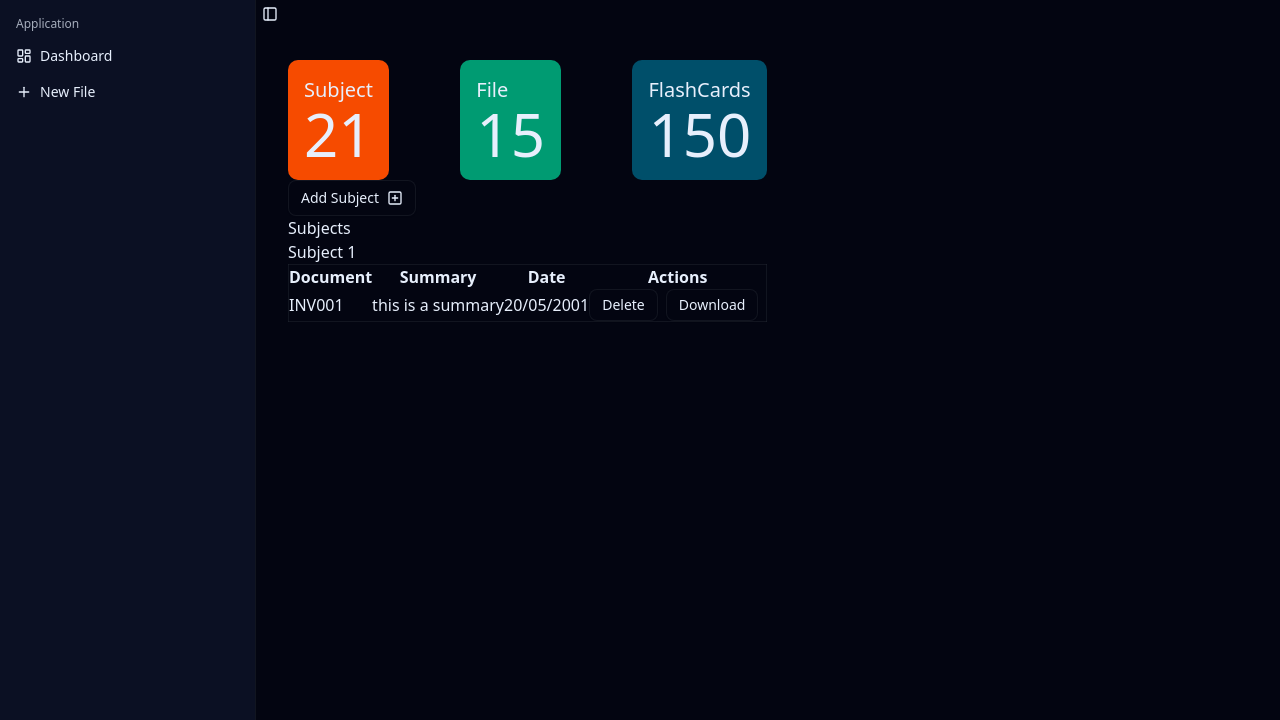
Repository: SywarDer/Student-Assistance
Page: /dashboard (app in student-assistant/)
These files come from the project's save history. The page is drawn as it stood at one moment and after a run of saves; the edit follows.
The browser window is 1280 px wide. The pictures show the whole page.
The project was rebuilt for these pictures with package versions that can differ from the ones it lists, and the page was loaded fresh each time. The framework's server and built-in components were replaced by stand-ins that run in the browser. Also part of the build but not shown: student-assistant/next.config.ts, student-assistant/components/ui/input.tsx, student-assistant/components/ui/separator.tsx, student-assistant/components/ui/skeleton.tsx. Imported but missing from the stored project, and not drawn on this page: student-assistant/components/ui/sheet.

Above is the page before, as saved 2025-10-30 20:33:25.

### student-assistant/app/layout.tsx
import type { Metadata } from "next";
import { Geist, Geist_Mono } from "next/font/google";
import "./globals.css";
import { SidebarProvider, SidebarTrigger } from "@/components/ui/sidebar";
import { AppSidebar } from "./home/components/navBar";

const geistSans = Geist({
  variable: "--font-geist-sans",
  subsets: ["latin"],
});

const geistMono = Geist_Mono({
  variable: "--font-geist-mono",
  subsets: ["latin"],
});

export const metadata: Metadata = {
  title: "Create Next App",
  description: "Generated by create next app",
};

export default function RootLayout({
children,
}: Readonly<{
  children: React.ReactNode;
}>) {
  return (
    <html lang="en">
      <body
        className={`${geistSans.variable} ${geistMono.variable} antialiased`}
      >
        <SidebarProvider>
      <AppSidebar />
      <main>
        <SidebarTrigger />
        {children}
         </main>
    </SidebarProvider>
      </body>
    </html>
  );
}

### student-assistant/app/dashboard/page.tsx
import { Button } from "@/components/ui/button";
import { Input } from "@/components/ui/input";
import { TableCaption, TableHeader, TableRow, TableHead, TableBody, TableCell, TableFooter } from "@/components/ui/table";
import { Popover, PopoverTrigger, PopoverContent } from "@radix-ui/react-popover";
import { PlusSquare, Table } from "lucide-react";
import { Label } from "recharts";

export default function Dashboard() {
    const documents = [
        {
            id:"1",
            title: "INV001",
            date: "20/05/2001",
            summary: "this is a summary",
            actions: <div>
                <Button variant="outline" size="sm" className="mr-2">Delete</Button>
                <Button variant="outline" size="sm" className="mr-2">Download</Button>
            </div>,
        }
    ]
    return (

        <div className="m-8">
            {/*Dashboard Cards*/}
            <div className="flex space-x-4 justify-between w-full">
                <div className="rounded-lg p-4" style={{
                    backgroundColor: "var(--chart-1)",
                    color: "var(--card-foreground)",
                }}>
                    <h1 className="text-xl">Subject</h1>
                    <h1 className="text-6xl">21</h1>
                </div>
                <div className="rounded-lg p-4" style={{
                    backgroundColor: "var(--chart-2)",
                    color: "var(--card-foreground)",
                }}>
                    <h1 className="text-xl">File</h1>
                    <h1 className="text-6xl">15</h1>
                </div>
                <div className="rounded-lg p-4" style={{
                    backgroundColor: "var(--chart-3)",
                    color: "var(--card-foreground)",
                }}>
                    <h1 className="text-xl">FlashCards</h1>
                    <h1 className="text-6xl">150</h1>
                </div>
            </div>

            {/* Button new subject */}
            <Popover>
                <PopoverTrigger asChild>
                    <Button variant="outline">Add Subject <PlusSquare /></Button>
                </PopoverTrigger>
                <PopoverContent className="w-80">
                    <div className="grid gap-4">
                        <div className="space-y-2">
                            <h4 className="leading-none font-medium">Subject</h4>
                            <p className="text-muted-foreground text-sm">
                                Set the details for the subject.
                            </p>
                        </div>
                        <div className="grid gap-2 ">
                            <div className="grid grid-cols-3 items-center gap-4">
                                <h1>Title</h1>
                                <Input
                                    id="width"
                                    defaultValue="100%"
                                    className="col-span-2 h-8"
                                />
                            </div>
                            <div className="grid grid-cols-3 items-center gap-4">
                                <h1>Summary</h1>
                                <Input
                                    id="maxWidth"
                                    defaultValue="300px"
                                    className="col-span-2 h-8"
                                />
                            </div>
                            <Button className="mt-4">Create Subject</Button>
                        </div>
                    </div>
                </PopoverContent>
            </Popover>

            {/** List of subjects */}

            <h1>Subjects</h1>
            <h1>Subject 1</h1>
            <table className="min-w-full border">
                <thead>
                    <tr>
                        <th>Document</th>
                        <th>Summary</th>
                        <th>Date</th>
                        <th>Actions</th>
                    </tr>
                </thead>
                <tbody>
                    {documents.map((doc) => (
                        <tr key={doc.id}>
                            <td>{doc.title}</td>
                            <td>{doc.summary}</td>
                            <td>{doc.date}</td>
                            <td>{doc.actions}</td>
                        </tr>
                    ))}
                </tbody>
            </table>

        </div>

    )
}

### student-assistant/app/globals.css
@import "tailwindcss";
@import "tw-animate-css";

@custom-variant dark (&:is(.dark *));

@theme inline {
  --color-background: var(--background);
  --color-foreground: var(--foreground);
  --font-sans: var(--font-geist-sans);
  --font-mono: var(--font-geist-mono);
  --color-sidebar-ring: var(--sidebar-ring);
  --color-sidebar-border: var(--sidebar-border);
  --color-sidebar-accent-foreground: var(--sidebar-accent-foreground);
  --color-sidebar-accent: var(--sidebar-accent);
  --color-sidebar-primary-foreground: var(--sidebar-primary-foreground);
  --color-sidebar-primary: var(--sidebar-primary);
  --color-sidebar-foreground: var(--sidebar-foreground);
  --color-sidebar: var(--sidebar);
  --color-chart-5: var(--chart-5);
  --color-chart-4: var(--chart-4);
  --color-chart-3: var(--chart-3);
  --color-chart-2: var(--chart-2);
  --color-chart-1: var(--chart-1);
  --color-ring: var(--ring);
  --color-input: var(--input);
  --color-border: var(--border);
  --color-destructive: var(--destructive);
  --color-accent-foreground: var(--accent-foreground);
  --color-accent: var(--accent);
  --color-muted-foreground: var(--muted-foreground);
  --color-muted: var(--muted);
  --color-secondary-foreground: var(--secondary-foreground);
  --color-secondary: var(--secondary);
  --color-primary-foreground: var(--primary-foreground);
  --color-primary: var(--primary);
  --color-popover-foreground: var(--popover-foreground);
  --color-popover: var(--popover);
  --color-card-foreground: var(--card-foreground);
  --color-card: var(--card);
  --radius-sm: calc(var(--radius) - 4px);
  --radius-md: calc(var(--radius) - 2px);
  --radius-lg: var(--radius);
  --radius-xl: calc(var(--radius) + 4px);
}

:root {
  --radius: 0.625rem;

  /* Base dark background & text */
  --background: oklch(0.12 0.03 270);        /* Dark gray-blue */
  --foreground: oklch(0.95 0.02 260);        /* Soft white */

  /* Cards & popovers */
  --card: oklch(0.18 0.04 270);              /* Slightly lighter than background */
  --card-foreground: var(--foreground);
  --popover: oklch(0.18 0.04 270);
  --popover-foreground: var(--foreground);

  /* Primary & secondary */
  --primary: oklch(0.6 0.12 260);            /* Deep blue */
  --primary-foreground: var(--foreground);
  --secondary: oklch(0.45 0.08 280);         /* Soft purple */
  --secondary-foreground: var(--foreground);

  /* Muted & accents */
  --muted: oklch(0.2 0.03 270);
  --muted-foreground: oklch(0.7 0.02 260);
  --accent: oklch(0.65 0.15 350);            /* Magenta/pinkish accent */
  --accent-foreground: var(--foreground);

  /* Destructive actions */
  --destructive: oklch(0.6 0.25 30);         /* Dark red */
  --border: oklch(0.3 0.02 270 / 40%);
  --input: oklch(0.15 0.03 270);             /* Slightly darker than card */
  --ring: oklch(0.5 0.03 270);

  /* Charts */
  --chart-1: oklch(0.65 0.22 40);
  --chart-2: oklch(0.6 0.15 170);
  --chart-3: oklch(0.4 0.08 230);
  --chart-4: oklch(0.6 0.18 300);
  --chart-5: oklch(0.55 0.2 50);

  /* Sidebar */
  --sidebar: oklch(0.18 0.04 270);
  --sidebar-foreground: var(--foreground);
  --sidebar-primary: var(--primary);
  --sidebar-primary-foreground: var(--foreground);
  --sidebar-accent: var(--accent);
  --sidebar-accent-foreground: var(--foreground);
  --sidebar-border: oklch(0.3 0.02 270 / 40%);
  --sidebar-ring: oklch(0.5 0.03 270);
}

/* Optional light mode toggle */
.light {
  --background: oklch(0.98 0.02 260);       /* Light gray */
  --foreground: oklch(0.12 0.03 270);       /* Dark text */

  --card: oklch(0.99 0.03 260);
  --card-foreground: var(--foreground);
  --popover: oklch(0.99 0.03 260);
  --popover-foreground: var(--foreground);

  --primary: oklch(0.2 0.05 260);
  --primary-foreground: var(--foreground);
  --secondary: oklch(0.5 0.1 280);
  --secondary-foreground: var(--foreground);

  --muted: oklch(0.85 0.03 270);
  --muted-foreground: oklch(0.35 0.02 260);
  --accent: oklch(0.8 0.2 350);
  --accent-foreground: var(--foreground);

  --destructive: oklch(0.9 0.25 30);
  --border: oklch(0.8 0.02 270 / 30%);
  --input: oklch(0.95 0.03 260);
  --ring: oklch(0.7 0.03 270);

  --chart-1: oklch(0.65 0.22 40);
  --chart-2: oklch(0.6 0.15 170);
  --chart-3: oklch(0.4 0.08 230);
  --chart-4: oklch(0.6 0.18 300);
  --chart-5: oklch(0.55 0.2 50);

  --sidebar: oklch(0.95 0.03 260);
  --sidebar-foreground: var(--foreground);
  --sidebar-primary: var(--primary);
  --sidebar-primary-foreground: var(--foreground);
  --sidebar-accent: var(--accent);
  --sidebar-accent-foreground: var(--foreground);
  --sidebar-border: oklch(0.8 0.02 270 / 30%);
  --sidebar-ring: oklch(0.7 0.03 270);
}



@layer base {
  * {
    @apply border-border outline-ring/50;
  }
  body {
    @apply bg-background text-foreground;
  }
}

### student-assistant/app/home/components/navBar.tsx
import { Calendar, Home, Inbox, LayoutDashboardIcon, PlusIcon, Search, Settings } from "lucide-react"

import {
  Sidebar,
  SidebarContent,
  SidebarGroup,
  SidebarGroupContent,
  SidebarGroupLabel,
  SidebarMenu,
  SidebarMenuButton,
  SidebarMenuItem,
} from "@/components/ui/sidebar"


const items = [
  {
    title: "Dashboard",
    url: "/dashboard",
    icon: LayoutDashboardIcon,
  },
  {
    title: "New File",
    url: "/new-file",
    icon: PlusIcon,
  },

]

export function AppSidebar() {
  return (
    <Sidebar>
      <SidebarContent>
        <SidebarGroup>
          <SidebarGroupLabel>Application</SidebarGroupLabel>
          <SidebarGroupContent>
            <SidebarMenu>
              {items.map((item) => (
                <SidebarMenuItem key={item.title}>
                  <SidebarMenuButton asChild>
                    <a href={item.url}>
                      <item.icon />
                      <span>{item.title}</span>
                    </a>
                  </SidebarMenuButton>
                </SidebarMenuItem>
              ))}
            </SidebarMenu>
          </SidebarGroupContent>
        </SidebarGroup>
      </SidebarContent>
    </Sidebar>
  )
}

### student-assistant/components/ui/button.tsx
import * as React from "react"
import { Slot } from "@radix-ui/react-slot"
import { cva, type VariantProps } from "class-variance-authority"

import { cn } from "@/lib/utils"

const buttonVariants = cva(
  "inline-flex items-center justify-center gap-2 whitespace-nowrap rounded-md text-sm font-medium transition-all disabled:pointer-events-none disabled:opacity-50 [&_svg]:pointer-events-none [&_svg:not([class*='size-'])]:size-4 shrink-0 [&_svg]:shrink-0 outline-none focus-visible:border-ring focus-visible:ring-ring/50 focus-visible:ring-[3px] aria-invalid:ring-destructive/20 dark:aria-invalid:ring-destructive/40 aria-invalid:border-destructive",
  {
    variants: {
      variant: {
        default: "bg-primary text-primary-foreground hover:bg-primary/90",
        destructive:
          "bg-destructive text-white hover:bg-destructive/90 focus-visible:ring-destructive/20 dark:focus-visible:ring-destructive/40 dark:bg-destructive/60",
        outline:
          "border bg-background shadow-xs hover:bg-accent hover:text-accent-foreground dark:bg-input/30 dark:border-input dark:hover:bg-input/50",
        secondary:
          "bg-secondary text-secondary-foreground hover:bg-secondary/80",
        ghost:
          "hover:bg-accent hover:text-accent-foreground dark:hover:bg-accent/50",
        link: "text-primary underline-offset-4 hover:underline",
      },
      size: {
        default: "h-9 px-4 py-2 has-[>svg]:px-3",
        sm: "h-8 rounded-md gap-1.5 px-3 has-[>svg]:px-2.5",
        lg: "h-10 rounded-md px-6 has-[>svg]:px-4",
        icon: "size-9",
        "icon-sm": "size-8",
        "icon-lg": "size-10",
      },
    },
    defaultVariants: {
      variant: "default",
      size: "default",
    },
  }
)

function Button({
  className,
  variant,
  size,
  asChild = false,
  ...props
}: React.ComponentProps<"button"> &
  VariantProps<typeof buttonVariants> & {
    asChild?: boolean
  }) {
  const Comp = asChild ? Slot : "button"

  return (
    <Comp
      data-slot="button"
      className={cn(buttonVariants({ variant, size, className }))}
      {...props}
    />
  )
}

export { Button, buttonVariants }

### student-assistant/components/ui/tooltip.tsx
"use client"

import * as React from "react"
import * as TooltipPrimitive from "@radix-ui/react-tooltip"

import { cn } from "@/lib/utils"

function TooltipProvider({
  delayDuration = 0,
  ...props
}: React.ComponentProps<typeof TooltipPrimitive.Provider>) {
  return (
    <TooltipPrimitive.Provider
      data-slot="tooltip-provider"
      delayDuration={delayDuration}
      {...props}
    />
  )
}

function Tooltip({
  ...props
}: React.ComponentProps<typeof TooltipPrimitive.Root>) {
  return (
    <TooltipProvider>
      <TooltipPrimitive.Root data-slot="tooltip" {...props} />
    </TooltipProvider>
  )
}

function TooltipTrigger({
  ...props
}: React.ComponentProps<typeof TooltipPrimitive.Trigger>) {
  return <TooltipPrimitive.Trigger data-slot="tooltip-trigger" {...props} />
}

function TooltipContent({
  className,
  sideOffset = 0,
  children,
  ...props
}: React.ComponentProps<typeof TooltipPrimitive.Content>) {
  return (
    <TooltipPrimitive.Portal>
      <TooltipPrimitive.Content
        data-slot="tooltip-content"
        sideOffset={sideOffset}
        className={cn(
          "bg-foreground text-background animate-in fade-in-0 zoom-in-95 data-[state=closed]:animate-out data-[state=closed]:fade-out-0 data-[state=closed]:zoom-out-95 data-[side=bottom]:slide-in-from-top-2 data-[side=left]:slide-in-from-right-2 data-[side=right]:slide-in-from-left-2 data-[side=top]:slide-in-from-bottom-2 z-50 w-fit origin-(--radix-tooltip-content-transform-origin) rounded-md px-3 py-1.5 text-xs text-balance",
          className
        )}
        {...props}
      >
        {children}
        <TooltipPrimitive.Arrow className="bg-foreground fill-foreground z-50 size-2.5 translate-y-[calc(-50%_-_2px)] rotate-45 rounded-[2px]" />
      </TooltipPrimitive.Content>
    </TooltipPrimitive.Portal>
  )
}

export { Tooltip, TooltipTrigger, TooltipContent, TooltipProvider }

Loaded but not shown: student-assistant/hooks/use-mobile.ts (common file); student-assistant/lib/utils.ts (common file); student-assistant/components/ui/sidebar.tsx (726 lines, source omitted)

After the next 3 saves:
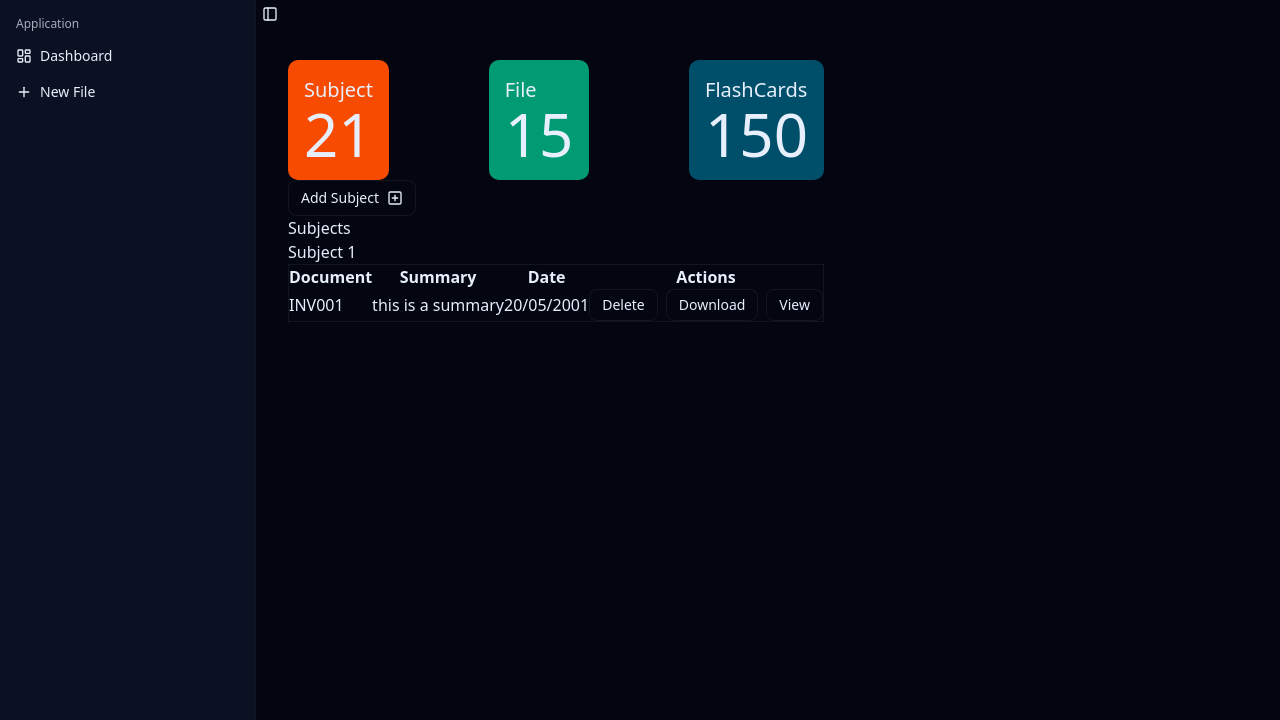
The 3 saves are shown as one change because they came seconds apart.
The last was saved 15 s later.
--- a/student-assistant/app/dashboard/page.tsx
+++ b/student-assistant/app/dashboard/page.tsx
@@ -15,6 +15,7 @@ export default function Dashboard() {
             actions: <div>
                 <Button variant="outline" size="sm" className="mr-2">Delete</Button>
                 <Button variant="outline" size="sm" className="mr-2">Download</Button>
+                <Button variant="outline" size="sm">View</Button>
             </div>,
         }
     ]
